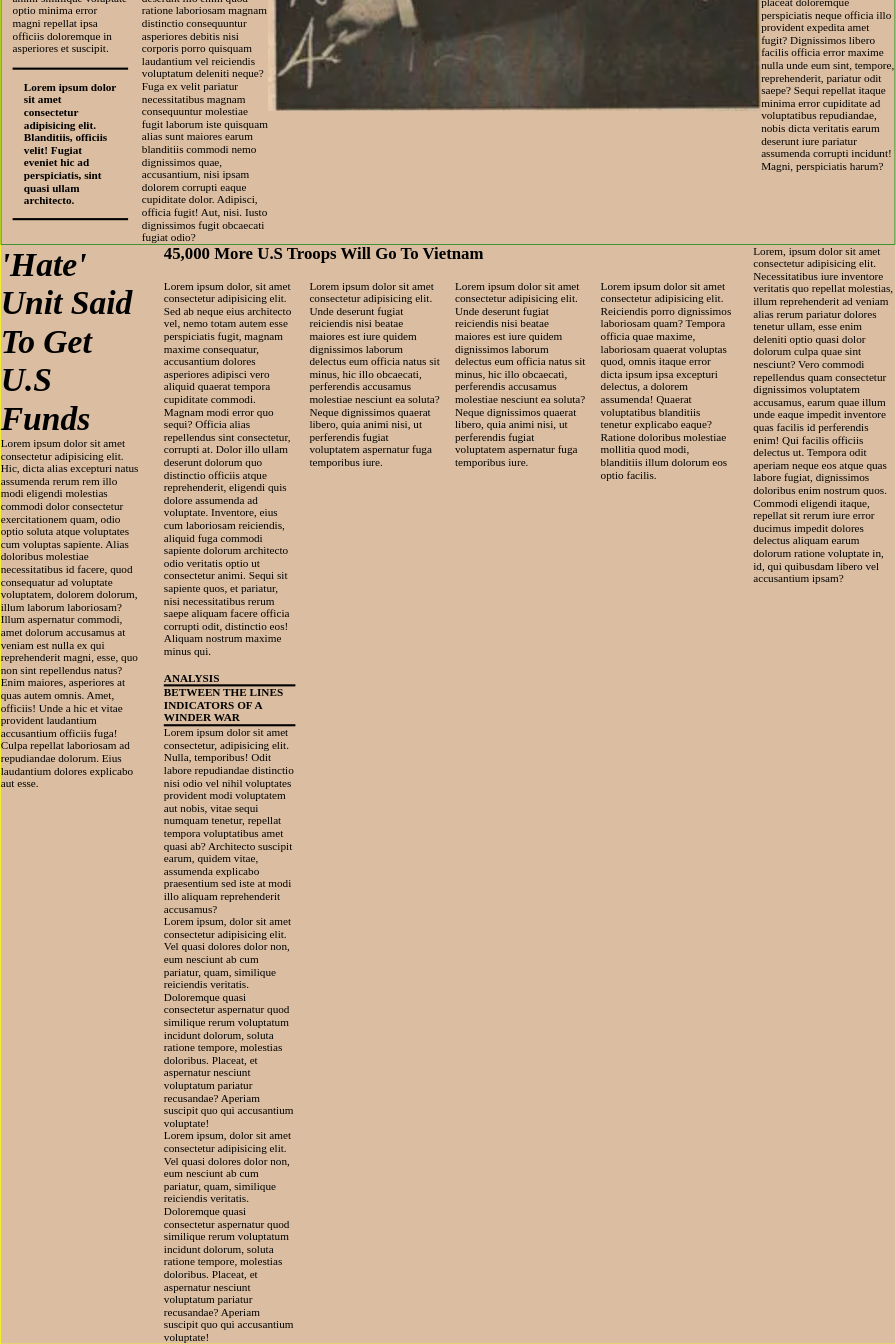
Repository: Arkitecth/newspaper-grid
Page: index.html
These files come from the project's save history. The page is drawn as it stood at one moment and after the next save; the edit follows.
The browser window is 1280 px wide. The pictures show the part of the page from y = 892 to 2812 px (the page is 2812 px tall before and 2740 px after), at 70% of full size.

Above is the page before, as saved 2023-05-29 20:27:51.

### index.html
<!DOCTYPE html>
<html lang="en">
<head>
    <meta charset="UTF-8">
    <meta http-equiv="X-UA-Compatible" content="IE=edge">
    <meta name="viewport" content="width=device-width, initial-scale=1.0">
    <link rel="stylesheet" href="styles.css">
    <title>News Paper</title>
</head>
<body>
    <header id="header">
        <div>
            <h1>New York Forum</h1>
        </div>
        <div class="aside">
            <h3>Final</h3>
            <p>Thursdsy August 3rd, 1987</p>

            <h3>Weather</h3>
            <p>Lorem ipsum dolor, sit amet consectetur adipisicing elit. Asperiores dolorum doloribus officia enim obcaecati culpa, quaerat magni laboriosam! Impedit nihil accusamus unde tenetur veniam repellendus mollitia sed modi voluptate doloremque!</p>
        </div>
        <div class="divider"></div>
        <div class="divider"></div>
    </header>
    <main>
        <h2>Johnson Asks 10% Income-Tax Surcharge</h2>
        <div class="main-grid">
            <div class="first-row">
                <div class="sub-grid">
                    <h3>Lindsay Prods Banks: Aid Stores in Slums</h3>
                    <div class="sub-row">
                        <div class="left">
                            <p>Lorem ipsum dolor sit amet, consectetur adipisicing elit. At libero autem dolor aspernatur nobis voluptatem quisquam eveniet, incidunt maxime eos velit aliquid, recusandae eum dicta vel! Nemo, sapiente similique. Commodi expedita quasi, illum dolore itaque, animi similique voluptate optio minima error magni repellat ipsa officiis doloremque in asperiores et suscipit.</p>
                            <br>
                            <p class="highlight">Lorem ipsum dolor sit amet consectetur adipisicing elit. Blanditiis, officiis velit! Fugiat eveniet hic ad perspiciatis, sint quasi ullam architecto.</p>
                        </div>
                        <div class="right">
                            <p>Lorem ipsum dolor sit amet consectetur adipisicing elit. Dolorum reiciendis veritatis odit, tenetur architecto deserunt illo commodi facere vero sunt! Ducimus facere mollitia nesciunt, eos ipsam velit consectetur deserunt tempore a! Consequatur ut possimus excepturi, amet accusamus, reprehenderit dignissimos deserunt illo enim quod ratione laboriosam magnam distinctio consequuntur asperiores debitis nisi corporis porro quisquam laudantium vel reiciendis voluptatum deleniti neque? Fuga ex velit pariatur necessitatibus magnam consequuntur molestiae fugit laborum iste quisquam alias sunt maiores earum blanditiis commodi nemo dignissimos quae, accusantium, nisi ipsam dolorem corrupti eaque cupiditate dolor. Adipisci, officia fugit! Aut, nisi. Iusto dignissimos fugit obcaecati fugiat odio?</p>
                        </div>
                    </div>

                </div>

                <div class="middle-content">
                    <img src="assets/teacher.png" alt="teacher teaching stuff">
                </div>

                <div class="right-content">
                    <p>Lorem ipsum dolor sit amet consectetur adipisicing elit. Quasi beatae deserunt illum inventore magni, officia sed fugiat quo non tempora eum consequuntur ex eius placeat blanditiis sunt enim! Ipsa enim commodi perspiciatis ipsum dolor nobis, laborum deserunt distinctio quam facilis aperiam ea animi dicta delectus magni minima esse reiciendis ipsam saepe fugit obcaecati blanditiis accusamus. Est cum quasi blanditiis odit iste ut culpa iusto incidunt excepturi laboriosam fuga a, omnis atque distinctio suscipit commodi minus ex ipsam. Nam rem dolorem voluptatem voluptas natus rerum delectus beatae numquam labore accusamus et incidunt repellat, porro placeat doloremque perspiciatis neque officia illo provident expedita amet fugit? Dignissimos libero facilis officia error maxime nulla unde eum sint, tempore, reprehenderit, pariatur odit saepe? Sequi repellat itaque minima error cupiditate ad voluptatibus repudiandae, nobis dicta veritatis earum deserunt iure pariatur assumenda corrupti incidunt! Magni, perspiciatis harum?</p>
                </div>
            </div>


            <div class="second-row">
                <div class="first">
                    <h3>'Hate' Unit Said to Get U.S Funds</h3>
                    <p>Lorem ipsum dolor sit amet consectetur adipisicing elit. Hic, dicta alias excepturi natus assumenda rerum rem illo modi eligendi molestias commodi dolor consectetur exercitationem quam, odio optio soluta atque voluptates cum voluptas sapiente. Alias doloribus molestiae necessitatibus id facere, quod consequatur ad voluptate voluptatem, dolorem dolorum, illum laborum laboriosam? Illum aspernatur commodi, amet dolorum accusamus at veniam est nulla ex qui reprehenderit magni, esse, quo non sint repellendus natus? Enim maiores, asperiores at quas autem omnis. Amet, officiis! Unde a hic et vitae provident laudantium accusantium officiis fuga! Culpa repellat laboriosam ad repudiandae dolorum. Eius laudantium dolores explicabo aut esse.</p>
                </div>
                <div class="middle">
                    <h3>45,000 More U.S Troops will go to vietnam</h3>
                    <div class="middle-grid">
                        <p>Lorem ipsum dolor, sit amet consectetur adipisicing elit. Sed ab neque eius architecto vel, nemo totam autem esse perspiciatis fugit, magnam maxime consequatur, accusantium dolores asperiores adipisci vero aliquid quaerat tempora cupiditate commodi. Magnam modi error quo sequi? Officia alias repellendus sint consectetur, corrupti at. Dolor illo ullam deserunt dolorum quo distinctio officiis atque reprehenderit, eligendi quis dolore assumenda ad voluptate. Inventore, eius cum laboriosam reiciendis, aliquid fuga commodi sapiente dolorum architecto odio veritatis optio ut consectetur animi. Sequi sit sapiente quos, et pariatur, nisi necessitatibus rerum saepe aliquam facere officia corrupti odit, distinctio eos! Aliquam nostrum maxime minus qui.</p>
                        <p>Lorem ipsum dolor sit amet consectetur adipisicing elit. Unde deserunt fugiat reiciendis nisi beatae maiores est iure quidem dignissimos laborum delectus eum officia natus sit minus, hic illo obcaecati, perferendis accusamus molestiae nesciunt ea soluta? Neque dignissimos quaerat libero, quia animi nisi, ut perferendis fugiat voluptatem aspernatur fuga temporibus iure.</p>
                        <p>Lorem ipsum dolor sit amet consectetur adipisicing elit. Unde deserunt fugiat reiciendis nisi beatae maiores est iure quidem dignissimos laborum delectus eum officia natus sit minus, hic illo obcaecati, perferendis accusamus molestiae nesciunt ea soluta? Neque dignissimos quaerat libero, quia animi nisi, ut perferendis fugiat voluptatem aspernatur fuga temporibus iure.</p>
                        <p>Lorem ipsum dolor sit amet consectetur adipisicing elit. Reiciendis porro dignissimos laboriosam quam? Tempora officia quae maxime, laboriosam quaerat voluptas quod, omnis itaque error dicta ipsum ipsa excepturi delectus, a dolorem assumenda! Quaerat voluptatibus blanditiis tenetur explicabo eaque? Ratione doloribus molestiae mollitia quod modi, blanditiis illum dolorum eos optio facilis.</p>

                        <div class="bottom-grid">
                            <h4>Analysis</h4>
                            <h4>Between the Lines Indicators of a Winder War</h4>
                            <p>Lorem ipsum dolor sit amet consectetur, adipisicing elit. Nulla, temporibus! Odit labore repudiandae distinctio nisi odio vel nihil voluptates provident modi voluptatem aut nobis, vitae sequi numquam tenetur, repellat tempora voluptatibus amet quasi ab? Architecto suscipit earum, quidem vitae, assumenda explicabo praesentium sed iste at modi illo aliquam reprehenderit accusamus?</p>
                            <p>Lorem ipsum, dolor sit amet consectetur adipisicing elit. Vel quasi dolores dolor non, eum nesciunt ab cum pariatur, quam, similique reiciendis veritatis. Doloremque quasi consectetur aspernatur quod similique rerum voluptatum incidunt dolorum, soluta ratione tempore, molestias doloribus. Placeat, et aspernatur nesciunt voluptatum pariatur recusandae? Aperiam suscipit quo qui accusantium voluptate!</p>
                            <p>Lorem ipsum, dolor sit amet consectetur adipisicing elit. Vel quasi dolores dolor non, eum nesciunt ab cum pariatur, quam, similique reiciendis veritatis. Doloremque quasi consectetur aspernatur quod similique rerum voluptatum incidunt dolorum, soluta ratione tempore, molestias doloribus. Placeat, et aspernatur nesciunt voluptatum pariatur recusandae? Aperiam suscipit quo qui accusantium voluptate!</p>
                        </div>

                    </div>

                </div>
                <div class="last">
                    <p>Lorem, ipsum dolor sit amet consectetur adipisicing elit. Necessitatibus iure inventore veritatis quo repellat molestias, illum reprehenderit ad veniam alias rerum pariatur dolores tenetur ullam, esse enim deleniti optio quasi dolor dolorum culpa quae sint nesciunt? Vero commodi repellendus quam consectetur dignissimos voluptatem accusamus, earum quae illum unde eaque impedit inventore quas facilis id perferendis enim! Qui facilis officiis delectus ut. Tempora odit aperiam neque eos atque quas labore fugiat, dignissimos doloribus enim nostrum quos. Commodi eligendi itaque, repellat sit rerum iure error ducimus impedit dolores delectus aliquam earum dolorum ratione voluptate in, id, qui quibusdam libero vel accusantium ipsam?</p>
                </div>
            </div>

            <div class="third-row">
            </div>




        </div>
    </main>

</body>
</html>

### styles.css
* {
    padding: 0;
    margin: 0;
}

body {
    background-color: #dbbea1;
    max-width: 1500px;
}

h1,h3 {
    text-transform: uppercase;
}
#header {
    padding: 3.125rem;
    display: grid;
    grid-template-columns: 2fr 1fr;
}


/* Header */
#header h1 {
    text-align: center;
    font-size: 3rem;
}

h2 {
    text-align: center;
    width: 100%;
    font-size: 4.2rem;
}

.aside {
    border-left: 4px solid black;
    padding-left: 30px;
}

.aside p {
    padding-top: 0.5rem;
    margin-bottom: 2rem;
}

.divider {
    border: 2px solid black;
    width: 100%;
}

.main-grid{
    display: grid;
    grid-template-rows: auto auto auto;
    padding-top: 20px;
    border: 1px solid yellow

}

/* First Row */
.first-row {
    display: grid;
    grid-template-columns: 2fr 3fr 1fr;
    border: 1px solid green;
}



.sub-grid {
    display: grid;
    grid-template-rows: auto;
    gap: 20px;
}

.sub-row {
    display: grid;
    grid-template-columns: 1fr 1fr;
    gap: 20px;
}

.sub-grid  h3 {
    font-size: 3rem;
    font-style: italic;
    border-top: 3px solid black;
    padding-bottom: 1.5rem;
    padding-top: 1rem;
    text-transform: capitalize;

}
.left{
    padding-left: 1rem;
}

.highlight {
    font-weight: bold;
    border-top: 3px solid black;
    padding: 1rem;
    border-bottom: 3px solid black;
}


/* Second Row */
.second-row {
    display: grid;
    grid-template-columns: 1fr 4fr 1fr;
    gap: 30px
    ;
}


.first h3 {
    font-size: 3rem;
    font-style: italic;
    text-transform: capitalize;
}

.middle {
    display: grid;
    grid-template-rows: 50px;
}

.middle-grid {
    display: grid;
    grid-template-columns: 1fr 1fr 1fr 1fr;
    gap: 20px;
}

.middle h3 {
    font-size: 1.5rem;
    text-transform: capitalize;
}

.bottom-grid h4 {
    text-transform: uppercase;
    border-bottom: 3px solid black;
}

After the next save:
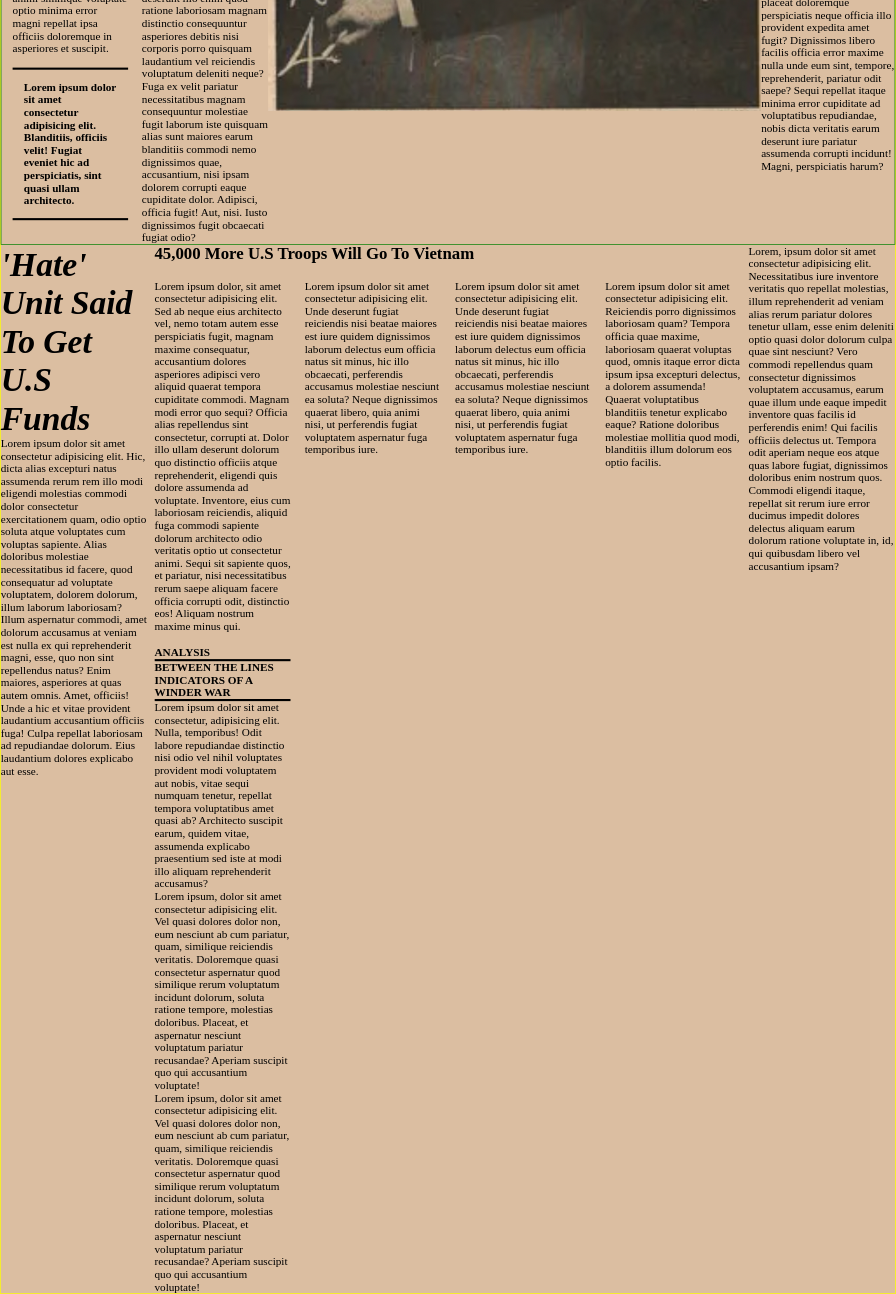
Saved 11 s later.
--- a/styles.css
+++ b/styles.css
@@ -99,8 +99,7 @@
 .second-row {
     display: grid;
     grid-template-columns: 1fr 4fr 1fr;
-    gap: 30px
-    ;
+    gap: 10px;
 }
 
 
